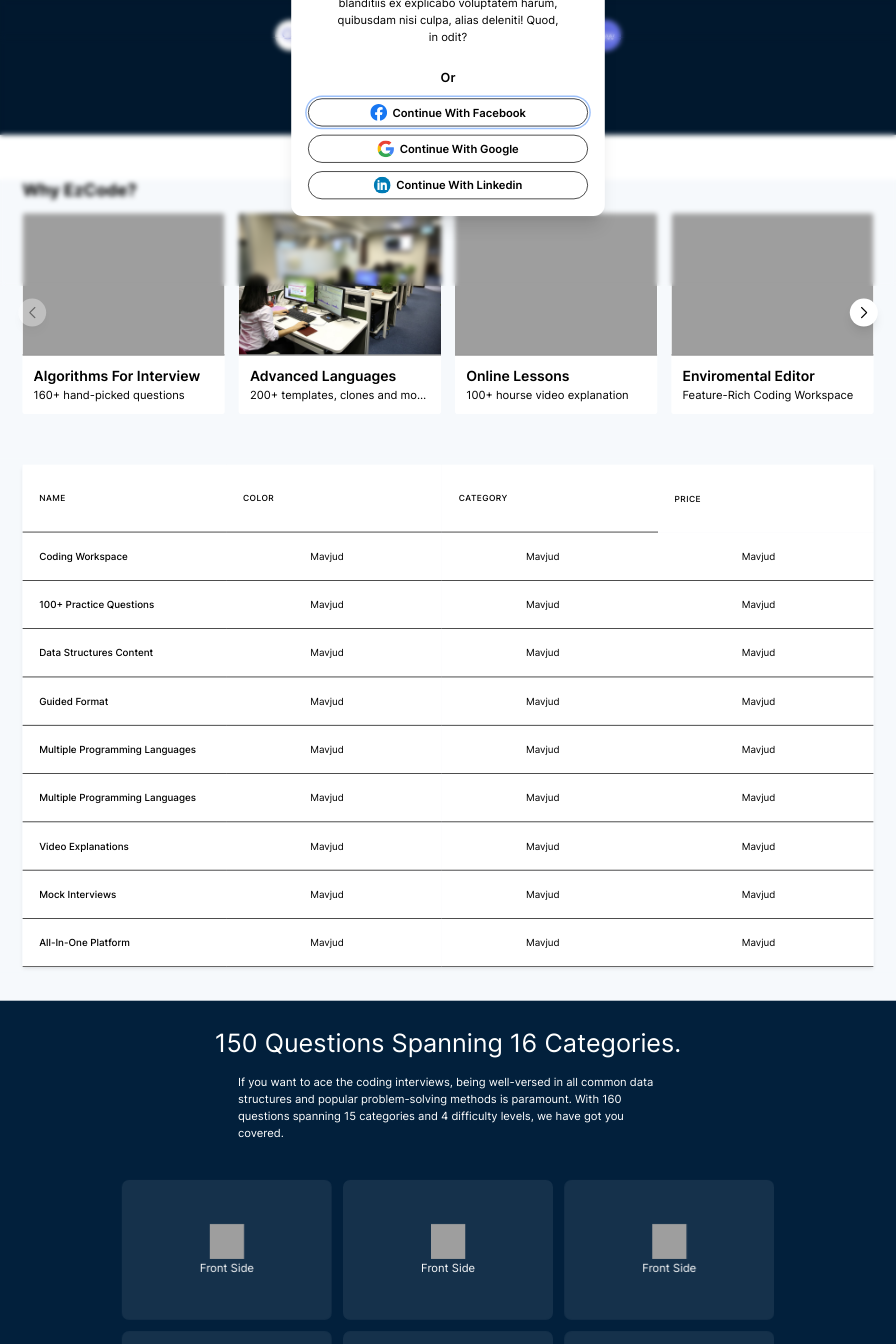
Repository: om1ars/Xjkey
Page: /
These files come from the project's save history. The page is drawn as it stood at one moment and after a run of saves; the edit follows.
The browser window is 1280 px wide. The pictures show the part of the page from y = 311 to 2231 px (the page is 3997 px tall), at 70% of full size.
Pictures or frames that could not be fetched are drawn as grey boxes. The project was rebuilt for these pictures with package versions that can differ from the ones it lists, and the page was loaded fresh each time. The framework's server and built-in components were replaced by stand-ins that run in the browser. Also part of the build but not shown: next.config.js.

Above is the page before, as saved 2022-03-19 19:30:34.

### src/pages/_app.tsx
import "@/css/fonts.css";
// Import Swiper styles
import "swiper/css";
import "swiper/css/free-mode";
import "swiper/css/scrollbar";
import "swiper/css/navigation";
//
import "@/css/main.scss";
import type { AppProps } from "next/app";
import { ThemeProvider } from "next-themes";
import { Header } from "@/components/Header";
import DefaultLayout from "@/layouts/DefaultLayout";
import Head from "next/head";

function MyApp({ Component, pageProps }: AppProps) {
  return (
    <>
      <Head>
        <link
          rel="stylesheet"
          href="https://cdn.jsdelivr.net/gh/devicons/devicon@latest/devicon.min.css"
        />
      </Head>
      <ThemeProvider attribute="class" defaultTheme="system">
        <DefaultLayout>
          <Component {...pageProps} />
        </DefaultLayout>
      </ThemeProvider>
    </>
  );
}

export default MyApp;

### src/pages/_document.tsx
import NextDocument, {
  Html,
  Head,
  Main,
  NextScript,
  DocumentContext,
} from 'next/document';

export default class Document extends NextDocument {
  static async getInitialProps(ctx: DocumentContext) {
    const initialProps = await NextDocument.getInitialProps(ctx);
    return { ...initialProps };
  }

  render() {
    return (
      <Html lang='en' className='dark'>
        <Head>
          <link href='/favicons/site.webmanifest' rel='manifest' />
          <link href='/favicons/favicon.ico' rel='shortcut icon' />
          <link
            href='/favicons/apple-touch-icon.png'
            rel='apple-touch-icon'
            sizes='180x180'
          />
          <link
            href='/favicons/favicon-32x32.png'
            rel='icon'
            sizes='32x32'
            type='image/png'
          />
          <link
            href='/favicons/favicon-16x16.png'
            rel='icon'
            sizes='16x16'
            type='image/png'
          />
          <link
            rel='mask-icon'
            href='/favicons/safari-pinned-tab.svg'
            color='#6366f1'
          />
          <meta content='#ffffff' name='theme-color' />
          <meta content='#ffffff' name='msapplication-TileColor' />
          <meta
            content='/favicons/browserconfig.xml'
            name='msapplication-config'
          />
        </Head>
        <body className='dark:highlight-white/5 bg-neutral-100 text-slate-900 antialiased dark:bg-gray-800 dark:text-white'>
          <Main />
          <NextScript />
        </body>
      </Html>
    );
  }
}

### src/pages/index.tsx
import React from "react";
import SEO from "@/components/SEO";
import AboutUs from "@/components/HomeComponents/AboutUs";
import Hero from "@/components/HomeComponents/Hero";
import AlgoFlipCard from "@/components/HomeComponents/FlipCard";
import VideosComponents from "@/components/HomeComponents/VideosComponents";
import CompareTable from "@/components/HomeComponents/CompareTable";
import { WhyUs } from "@/components/HomeComponents/WhyUs";
export default function Home() {
  return (
    <>
      <SEO />
      <Hero
        title=" The ultimate resource to prepare for coding interviews."
        subtitle="Everything you need, in one streamlined platform"
      />
      <div className="bg-whiteBg">
        <main className="mx-auto max-w-screen-xl px-6 sm:px-8">
          <div className="mt-16 space-y-20">
            <WhyUs />
          </div>
        </main>
        <main
          className="mx-auto max-w-screen-xl bg-whiteBg px-6 sm:px-8 "
          id="video-explanation"
        >
          <div className="mt-16 space-y-20">
            <CompareTable />
          </div>
        </main>
        <div className="mt-10 " id="flipCard">
          <AlgoFlipCard />
        </div>
        <main
          className="mx-auto max-w-screen-xl px-6 sm:px-8 "
          id="video-explanation"
        >
          <div className="mt-16 space-y-20">
            <VideosComponents />
          </div>
        </main>
      </div>
    </>
  );
}

### src/css/fonts.css
@font-face {
  font-family: "Inter var";
  font-weight: 100 900;
  font-display: swap;
  font-style: normal;
  font-named-instance: "Regular";
  src: url("../fonts/Inter-roman-latin.var.woff2") format("woff2");
}

@font-face {
  font-family: "Inter var";
  font-weight: 100 900;
  font-display: swap;
  font-style: italic;
  font-named-instance: "Italic";
  src: url("../fonts/Inter-italic-latin.var.woff2") format("woff2");
}

### src/css/main.scss
@tailwind base;
@tailwind components;
@tailwind utilities;
@import "./flip-card.scss";
@layer base {
  .dark {
    color-scheme: dark;
  }
}

/* styling Swiper default navigations elements */
.swiper-button-next {
  background-color: theme("colors.white");
  height: 40px;
  width: 40px;
  border-radius: 100px;
  box-shadow: theme("boxShadow.lg");
  transition: all;
  transition-duration: 150ms;
}

html.dark .swiper-button-next {
  background-color: theme("colors.mainBg");
}

.swiper-button-next:hover {
  background-color: theme("colors.mainBg");
}

html.dark .swiper-button-next:hover {
  background-color: theme("colors.mainBg");
}

.swiper-button-next::after {
  color: black;
  font-size: 1rem;
  font-weight: bold;
}
html.dark .swiper-button-next::after {
  color: theme("colors.white");
}

.swiper-button-prev {
  background-color: theme("colors.white");
  height: 40px;
  width: 40px;
  border-radius: 100px;
  box-shadow: theme("boxShadow.lg");
  transition: all;
  transition-duration: 150ms;
}

html.dark .swiper-button-prev {
  background-color: theme("colors.mainBg");
}

.swiper-button-prev:hover {
  background-color: theme("colors.mainBg");
}

html.dark .swiper-button-prev:hover {
  background-color: theme("colors.mainBg");
}

.swiper-button-prev::after {
  color: black;
  font-size: 1rem;
  font-weight: bold;
}
html.dark .swiper-button-prev::after {
  color: theme("colors.white");
}

html.dark .swiper-scrollbar {
  background: rgb(255, 255, 255, 0.2);
}
html.dark .swiper-scrollbar-drag {
  background: rgb(255, 255, 255, 0.6);
}
/* end of styling Swiper default navigations elements */

.front_main_drop:hover .front_sub_drop {
  display: block;
}
.back_main_drop:hover .back_sub_drop {
  display: block;
}

### src/layouts/DefaultLayout.tsx
import Footer from "@/components/Footer";
import { Header } from "@/components/Header";
import React, { FC } from "react";

export default function DefaultLayout({ children }: any) {
  return (
    <div>
      <Header />
      <main>{children}</main>
      <Footer />
    </div>
  );
}

### src/components/SEO.tsx
import React from "react";
import Head from "next/head";

const defaultMeta = {
  title: "Job Seeking Landing Page - Miad V",
  description: "Exprimental Project",
};

const SEO: React.FC<any> = ({ children, ...customMeta }) => {
  const meta = {
    ...defaultMeta,
    ...customMeta,
  };
  return (
    <Head>
      <meta name="robots" content="noindex" />
      <title>{meta.title}</title>
      <meta name="description" content={meta.description} />
    </Head>
  );
};

export default SEO;

### src/components/HomeComponents/VideosComponents.tsx
import React from "react";
import {GiGalaxy} from 'react-icons/gi'
export default function VideosComponents() {
  return (
    <div className="flex justify-between text-justify sm:flex-col  md:flex-col lg:flex-row">
      <div className="w-6/12 pl-5 pr-5">
        <div>
          <h1 className="mb-3 text-4xl text-black">Our Videos Set Us Apart.</h1>
          <p>
            Lorem ipsum dolor sit amet consectetur, adipisicing elit. Unde
            architecto corporis obcaecati quis error autem impedit aliquid id
            fugiat pariatur doloremque, delectus voluptatibus maiores odit ipsa
            aspernatur dolorem quo non.
          </p>
        </div>
        <div className="mt-12 flex sm:flex-col md:flex-col lg:flex-row">
          <div className="mr-10 ">
            <div className="mb-3 text-2xl  text-black flex">
              <h3 className="">Conceptual Overview</h3>
            </div>
            <p>
              Lorem ipsum dolor sit amet, consectetur adipisicing elit. Quos
              beatae culpa eveniet error, nesciunt quo veritatis nihil debitis
              numquam enim totam dolorum esse perspiciatis incidunt labore,
              alias voluptatibus molestiae dignissimos!
            </p>
          </div>
          <div>
            <h3 className="mb-3 text-2xl text-black">
              <span>Code Walkthrough</span>
              <span></span>
            </h3>
            <p>
              Lorem ipsum dolor sit amet, consectetur adipisicing elit. Quos
              beatae culpa eveniet error, nesciunt quo veritatis nihil debitis
              numquam enim totam dolorum esse perspiciatis incidunt labore,
              alias voluptatibus molestiae dignissimos!
            </p>
          </div>
        </div>
      </div>
      <div className="w-6/12 border"></div>
    </div>
  );
}

### src/css/flip-card.scss
.algo_flip_card_container {
  width: 100%;
  padding: 40px;
  height: 100%;
  background: #02203c;
  //   display: flex;
  justify-content: center;
  align-items: center;
}
.services-box {
  display: flex;
  justify-content: center;
  align-items: center;
  flex-wrap: wrap;
}

.service {
  margin: 8px;
}

.flip-box {
  background-color: transparent;
  width: 300px;
  height: 200px;
  //   border: 1px solid #15314b;
  border-radius: 10px;
  perspective: 1000px;
}

.flip-box-inner {
  position: relative;
  width: 100%;
  height: 100%;
  text-align: center;
  transition: transform 0.4s;
  transform-style: preserve-3d;

  display: flex;
  justify-content: center;
  align-items: center;
}

.flip-box:hover .flip-box-inner {
  transform: rotateY(180deg);
}

.flip-box-front,
.flip-box-back {
  position: absolute;
  width: 100%;
  height: 100%;
  -webkit-backface-visibility: hidden;
  backface-visibility: hidden;

  display: flex;
  justify-content: center;
  align-items: center;
  flex-direction: column;
}

.flip-box-front {
  background-color: #15314b;
  color: white;
  border-radius: 10px;
}

.flip-box-front img {
  height: 50px;
  width: 50px;
}

.flip-box-back {
  background-color: #15314b;
  color: white;
  transform: rotateY(180deg);
  border-radius: 10px;
  padding: 16px;
}

### src/components/Footer.tsx
import Link from "next/link";
import React from "react";

export default function Footer() {
  return (
    <div>
      <div className="bg-darkBg text-whiteBg flex flex-col items-center justify-center pl-48 pr-48 pt-16 pb-10">
        <div className="sm:flex sm:flex-wrap md:flex md:flex-wrap lg:flex ">
          <div className="ml-4 flex ">
            <span className="mr-2 ml-2">
              <Link href="/help">Contact us</Link>
            </span>
            <div className=" ml-2 w-0.5 bg-gray-500"></div>
          </div>
          <div className="ml-4 flex ">
            <span className="mr-2 ml-2">FAQ</span>
            <div className=" ml-2 w-0.5 bg-gray-500"></div>
          </div>
          <div className="ml-4 flex ">
            <span className="mr-2 ml-2">Reviews</span>
            <div className=" ml-2 w-0.5 bg-gray-500"></div>
          </div>
          <div className="ml-4 flex ">
            <span className="mr-2 ml-2">Blog</span>
            <div className=" ml-2 w-0.5 bg-gray-500"></div>
          </div>
          <div className="ml-4 flex ">
            <span className="mr-2 ml-2">Jobs</span>
            <div className=" ml-2 w-0.5 bg-gray-500"></div>
          </div>
          <div className="ml-4 flex ">
            <span className="mr-2 ml-2 ">Legal stuff</span>
          </div>
        </div>
        <div className="mt-6">
          <span>Copyright © 2017-2022 EzCode LLC. All rights reserved.</span>
        </div>
      </div>
    </div>
  );
}

### src/components/Button/index.tsx
import React, { forwardRef } from "react";
import { __DEV__ } from "@/utils/assertions";

type BaseButtonProps = Omit<React.HTMLProps<HTMLButtonElement>, "size">;

/* === Button Element === */

export interface ButtonProps extends BaseButtonProps {
  children: React.ReactNode;
  fullWidth?: boolean;
  className?: string;
  variant?: "solid" | "outline" | "ghost";
  size?: "sm" | "md" | "lg";
  as?: string;
  isExternal?: boolean;
  type?: "button" | "submit" | "reset";
}

export const Button = forwardRef<HTMLButtonElement, ButtonProps>(
  (
    {
      children,
      variant = "solid",
      size = "md",
      fullWidth = false,
      className,
      as = "button",
      isExternal = false,
      ...rest
    },
    ref
  ) => {
    let tempClassNames: string[] = [];

    const sharedClasses = [
      "capitalize",
      "focus:outline-none",
      "focus:ring-2",
      "focus:ring-sky-400",
      "focus:ring-offset-2",
      "focus:ring-offset-sky-50",
      "font-semibold",
      "rounded-full",
      "inline-flex",
      "flex-shrink-0",
      "items-center",
      "justify-center",
      "transition-colors",
      "ease-in-out",
      "duration-500",
    ];

    if (fullWidth) sharedClasses.push("w-full");

    // handle variants
    let btnSolid = ["bg-sky-600", "hover:bg-sky-700", "text-white"];
    let btnOutline = [
      "dark:text-white",
      "hover:text-sky-700",
      "hover:dark:text-sky-700",
      "bg-transparent",
      "hover:bg-sky-50",
      "border",
      "border-sky-600",
    ];
    let btnGhost = [
      "bg-transparent",
      "dark:text-white",
      "hover:bg-sky-50",
      "hover:text-sky-700",
      "hover:dark:text-sky-700",
    ];

    if (variant === "solid") {
      tempClassNames = [...sharedClasses, ...btnSolid];
    } else if (variant === "outline") {
      tempClassNames = [...sharedClasses, ...btnOutline];
    } else if (variant === "ghost") {
      tempClassNames = [...sharedClasses, ...btnGhost];
    }

    // handle sizes
    let sizeSm = ["h-8", "px-2", "text-sm"];
    let sizeMd = ["h-10", "px-3"];
    let sizeLg = ["h-12", "px-4", "text-lg"];

    if (size === "sm") {
      tempClassNames = [...tempClassNames, ...sizeSm];
    } else if (size === "md") {
      tempClassNames = [...tempClassNames, ...sizeMd];
    } else if (size === "lg") {
      tempClassNames = [...tempClassNames, ...sizeLg];
    }

    let classes = tempClassNames.join(" ");

    let Element = as ? (
      React.createElement(
        as,
        {
          className: `${classes} ${className}`,
          target: isExternal ? "_blank" : undefined,
          rel: isExternal ? "noopener noreferrer" : undefined,
          ref,
          ...rest,
        },
        children
      )
    ) : (
      <button {...rest} className={`${classes} ${className}`} ref={ref}>
        {children}
      </button>
    );

    return Element;
  }
);

if (__DEV__) {
  Button.displayName = "Button";
}

/* === IconButton Element === */

export interface IconButtonProps extends ButtonProps {
  icon?: React.ReactElement;
  "aria-label": string;
}

export const IconButton = forwardRef<HTMLButtonElement, IconButtonProps>(
  (
    {
      children,
      icon,
      className,
      "aria-label": ariaLabel,
      size = "md",
      ...rest
    },
    ref
  ) => {
    let sharedClasses = ["rounded-full", "!px-0"];

    // handle sizes
    let sizeSm = ["w-8"];
    let sizeMd = ["w-10"];
    let sizeLg = ["w-12"];

    if (size === "sm") {
      sharedClasses = [...sharedClasses, ...sizeSm];
    } else if (size === "md") {
      sharedClasses = [...sharedClasses, ...sizeMd];
    } else if (size === "lg") {
      sharedClasses = [...sharedClasses, ...sizeLg];
    }

    /**
     * Passing the icon as prop or children should work
     */
    const element = icon || children;
    const _children = React.isValidElement(element)
      ? React.cloneElement(element as any, {
          "aria-hidden": true,
          focusable: false,
        })
      : null;

    let classes = sharedClasses.join(" ");
    return (
      <Button
      className={`${classes} ${className}`}
        aria-label={ariaLabel}
        size={size}
        {...rest}
        ref={ref}
      >
        {_children}
      </Button>
    );
  }
);

if (__DEV__) {
  IconButton.displayName = "IconButton";
}

### src/components/Logo.tsx
import clsx from "clsx";
import React from "react";

export default function Logo() {
  return (
    <span
      className={clsx(
        "bg-gradient-to-r from-fuchsia-800 via-purple-600 to-indigo-800 bg-clip-text align-middle text-3xl font-black tracking-widest text-transparent"
      )}
    >
      HIREDLi
    </span>
  );
}

### src/utils/assertions.ts
export const __DEV__ = process.env.NODE_ENV !== "production";

Loaded but not shown: tailwind.config.js (29 lines, source omitted); src/components/Header.tsx (405 lines, source omitted); src/components/HomeComponents/CompareTable.tsx (234 lines, source omitted); src/components/HomeComponents/FlipCard.tsx (283 lines, source omitted); src/components/HomeComponents/AuthenticationDialog.tsx (206 lines, source omitted); src/components/ThemeToggle.tsx (220 lines, source omitted); src/components/HomeComponents/Hero.tsx (167 lines, source omitted); src/components/HomeComponents/WhyUs.tsx (143 lines, source omitted)

After the next 2 saves:
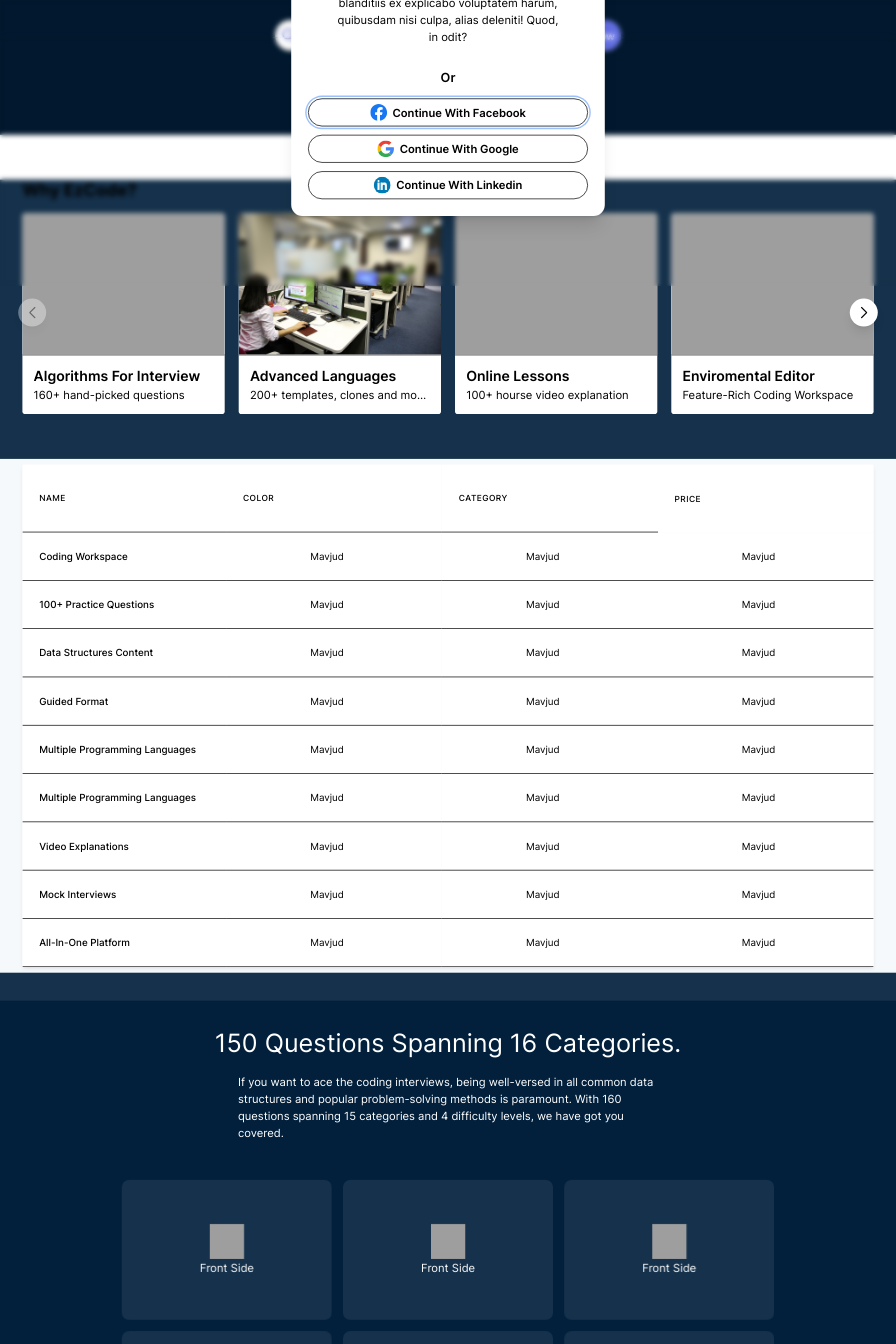
The 2 saves are shown as one change because they came seconds apart.
The last was saved 9 s later.
--- a/src/pages/index.tsx
+++ b/src/pages/index.tsx
@@ -14,7 +14,7 @@
         title=" The ultimate resource to prepare for coding interviews."
         subtitle="Everything you need, in one streamlined platform"
       />
-      <div className="bg-whiteBg">
+      <div className="bg-darkCard">
         <main className="mx-auto max-w-screen-xl px-6 sm:px-8">
           <div className="mt-16 space-y-20">
             <WhyUs />

After the save that followed:
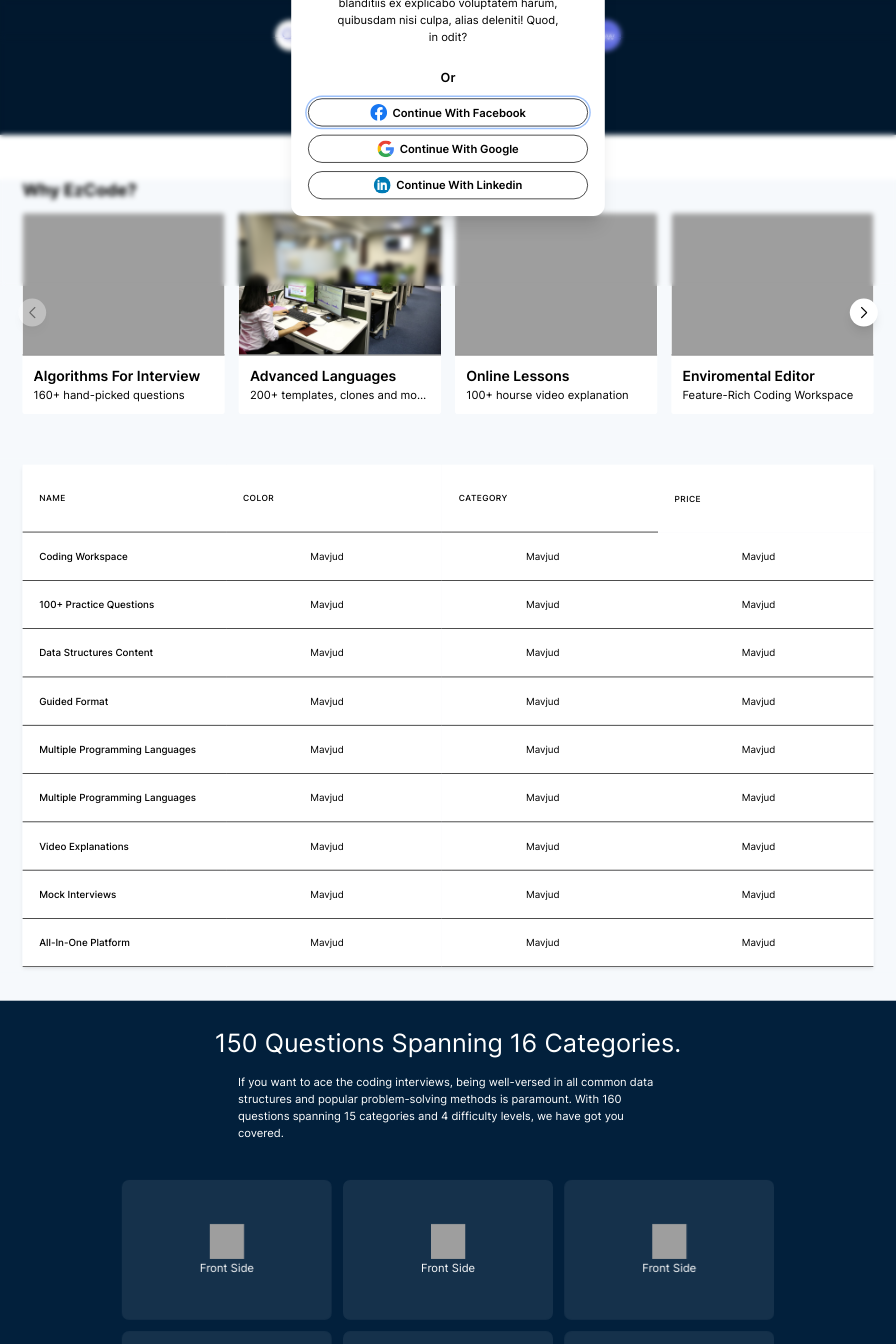
Saved 12 s later.
--- a/src/pages/index.tsx
+++ b/src/pages/index.tsx
@@ -14,7 +14,7 @@
         title=" The ultimate resource to prepare for coding interviews."
         subtitle="Everything you need, in one streamlined platform"
       />
-      <div className="bg-darkCard">
+      <div className="bg-whiteBg">
         <main className="mx-auto max-w-screen-xl px-6 sm:px-8">
           <div className="mt-16 space-y-20">
             <WhyUs />
